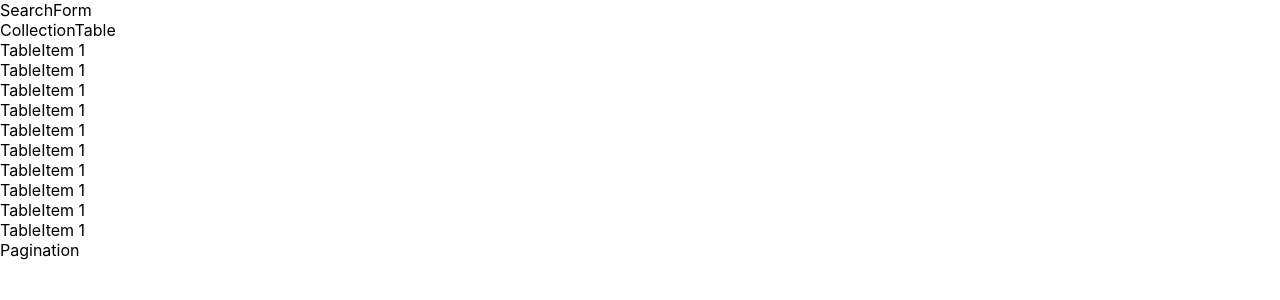
Repository: ivan-baljkas/pristupni_zadatak
Page: / (app in frontend/react-akademija-master/)
An editor plug-in stored every save of this project. The page is shown before and after the next save, followed by the edit.
The browser window is 1280 px wide. The pictures show the whole page.
The project was rebuilt for these pictures with package versions that can differ from the ones it lists, and the page was loaded fresh each time.

Above is the page before, as saved 2021-07-21 12:32:11.

After the next save:
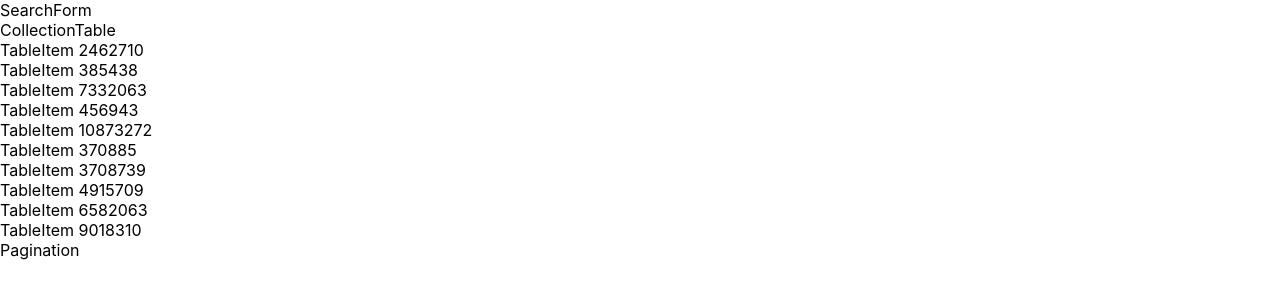
Saved 83 s later.
--- a/frontend/react-akademija-master/src/App.js
+++ b/frontend/react-akademija-master/src/App.js
@@ -13,7 +13,7 @@ const App = () => {
         <SearchForm/>
         <CollectionTable/>
         {data.releases.map(release=>(
-          <TableItem id={1}/>
+          <TableItem id={release.id}/>
         ))}
         <Pagination/>
     </div>
